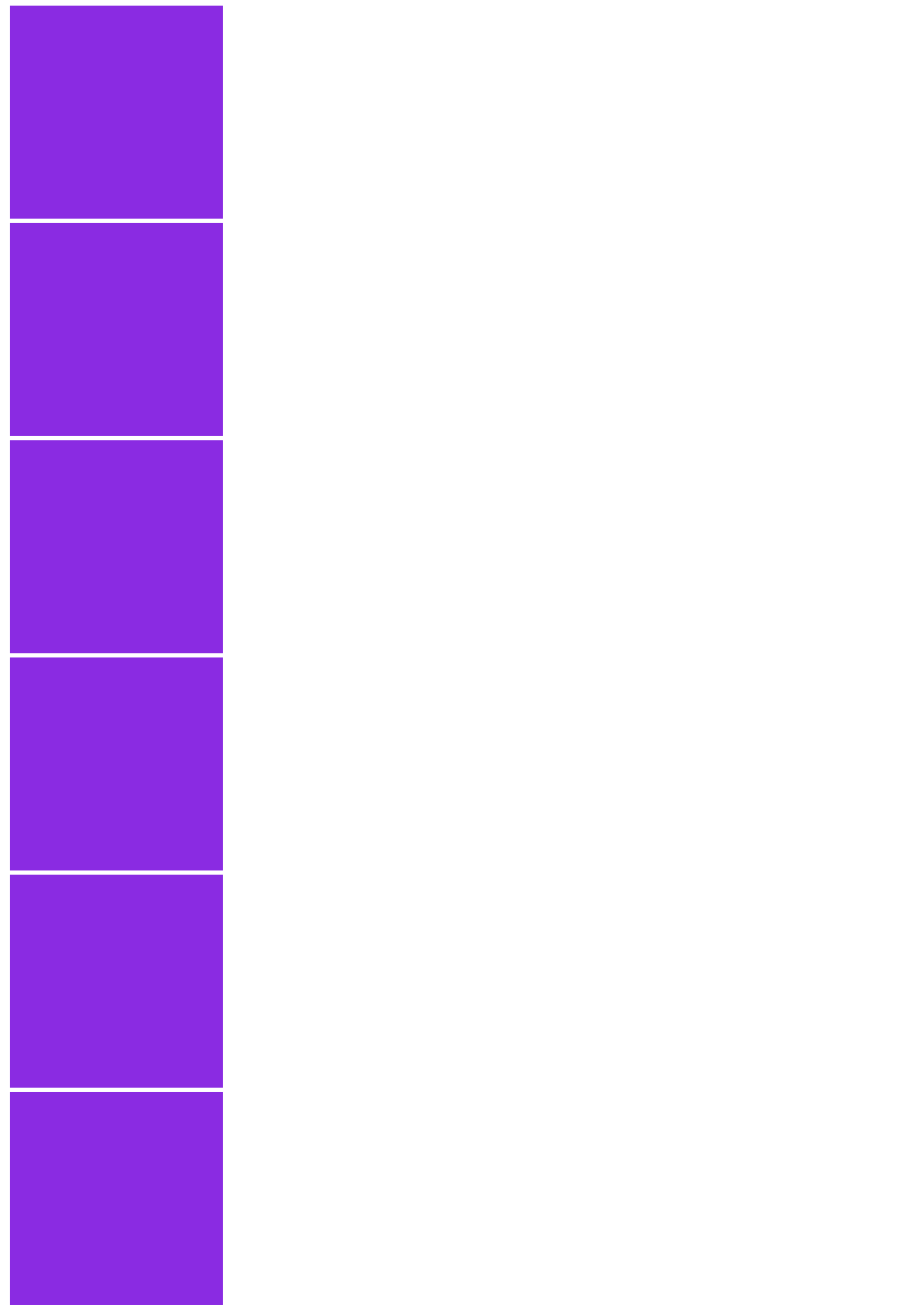
Repository: TzStrikerYT/Dise-o-web-NA00
Page: Proyecto-01/index.html
The author's editor kept a copy of each file at every save. The page is drawn from the files as they stood at one save, then again after the next save.
The browser window is 1280 px wide. The pictures show the whole page, at 71% of full size.

Above is the page before, as saved 2024-08-21 20:47:32.

### Proyecto-01/index.html
<!DOCTYPE html>
<html lang="en">
  <head>
    <meta charset="UTF-8" />
    <meta http-equiv="X-UA-Compatible" content="IE=edge" />
    <meta name="viewport" content="width=device-width, initial-scale=1.0" />
    <title>Document</title>
    <link rel="stylesheet" href="style.css" />
  </head>
  <body>
    <div class="container">
      <div class="cuadrado"></div>
      <div class="cuadrado">
        <div class="triangulo"></div>
      </div>
      <div class="cuadrado"></div>
      <div class="cuadrado"></div>
      <div class="cuadrado"></div>
      <div class="cuadrado"></div>
    </div>

  </body>
</html>

### Proyecto-01/style.css
.cuadrado {
    width: 300px;
    height: 300px;
    background-color: blueviolet;
    margin: 6px;
    display: flex;
}

After the next save:
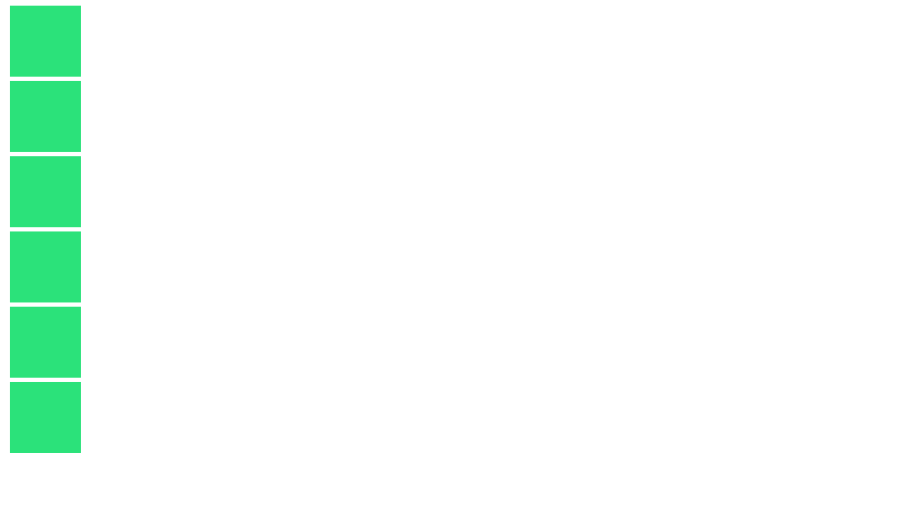
Saved 23 s later.
--- a/Proyecto-01/style.css
+++ b/Proyecto-01/style.css
@@ -3,5 +3,11 @@
     height: 300px;
     background-color: blueviolet;
     margin: 6px;
-    display: flex;
 }
+
+.cuadrado {
+    width: 100px;
+    height: 100px;
+    background-color: rgb(43, 226, 122);
+    margin: 6px;
+}

After the 3 saves that followed:
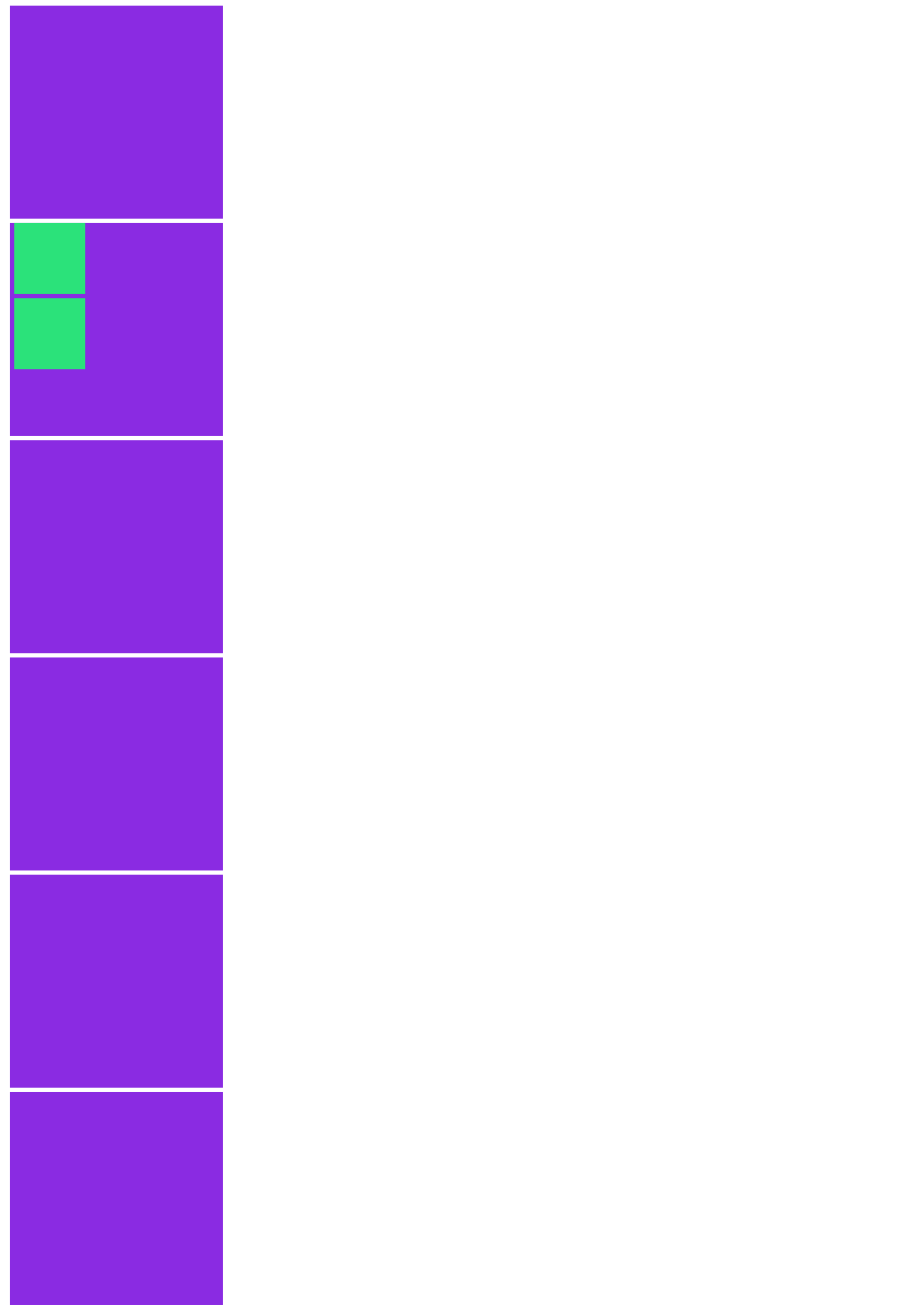
The 3 saves are shown as one change because 2 left the picture as it was.
The last was saved 23 s later.
--- a/Proyecto-01/index.html
+++ b/Proyecto-01/index.html
@@ -10,9 +10,12 @@
   <body>
     <div class="container">
       <div class="cuadrado"></div>
+
       <div class="cuadrado">
         <div class="triangulo"></div>
+        <div class="triangulo"></div>
       </div>
+
       <div class="cuadrado"></div>
       <div class="cuadrado"></div>
       <div class="cuadrado"></div>
--- a/Proyecto-01/style.css
+++ b/Proyecto-01/style.css
@@ -5,7 +5,7 @@
     margin: 6px;
 }
 
-.cuadrado {
+.triangulo {
     width: 100px;
     height: 100px;
     background-color: rgb(43, 226, 122);
